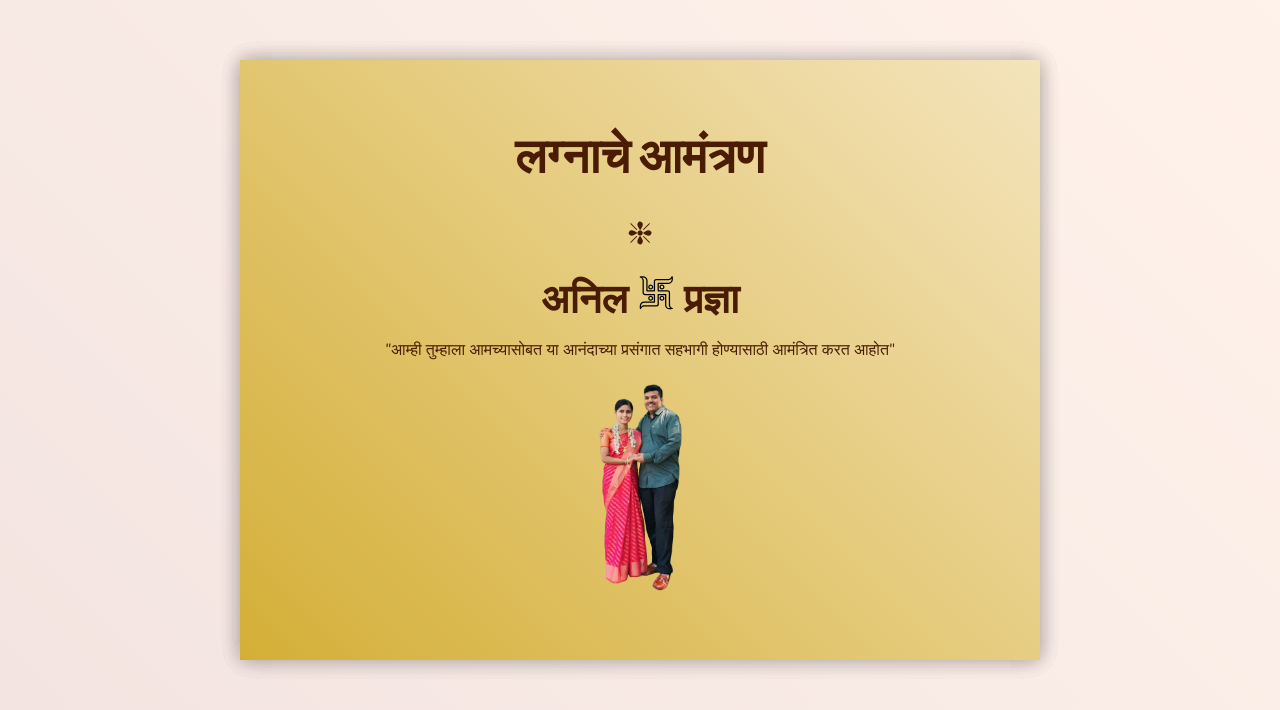
Repository: abhibkop27/finalwedding
Page: index.html
These files come from the project's save history. The page is drawn as it stood at one moment and after the next save; the edit follows.
The browser window is 1280 px wide. The pictures show the whole page.

Above is the page before, as saved 2025-02-18 13:00:52.

After the next save:
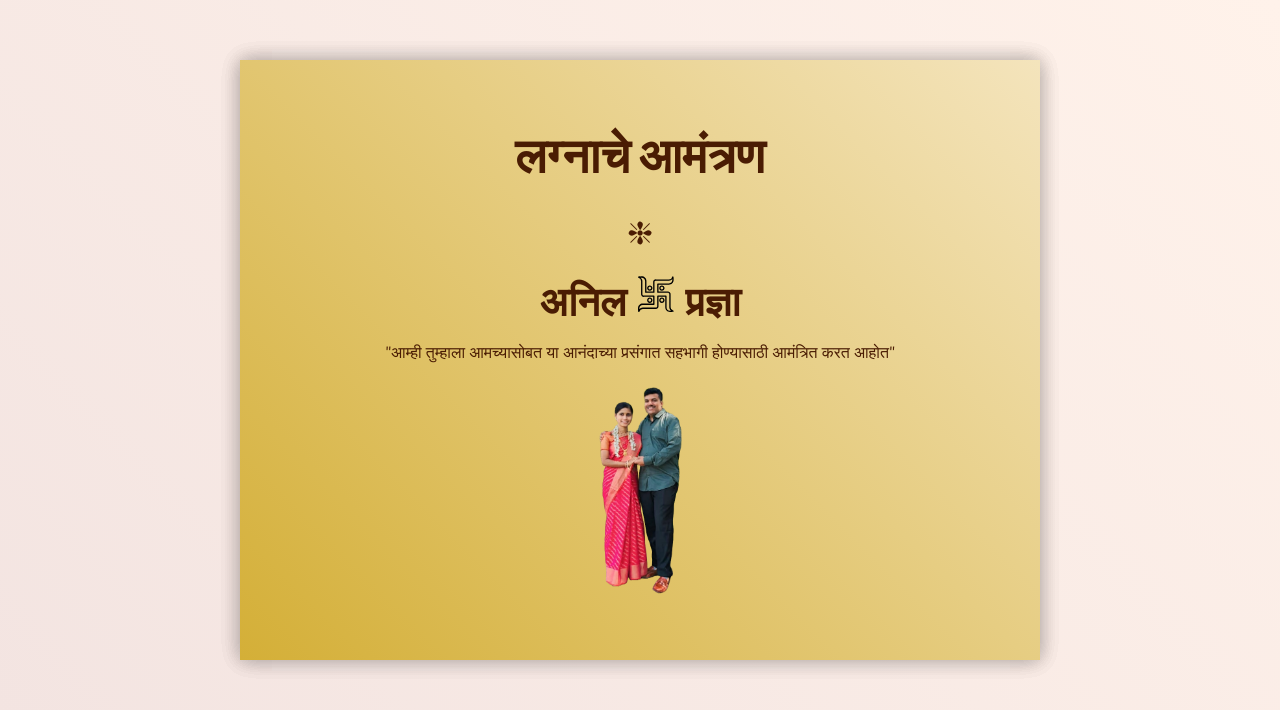
Saved 7 s later.
--- a/index.html
+++ b/index.html
@@ -14,7 +14,7 @@
             <div class="content">
                 <h1>लग्नाचे आमंत्रण</h1>
                 <div class="ornament">❈</div>
-                <h2 class="main-name">अनिल <img class="main-name" src="./asstes/pics/swastik.svg" alt="" style="height: 2.5rem;"> प्रज्ञा </h2>
+                <h2 class="main-name">अनिल <img class="main-name" src="./asstes/pics/swastik.svg" alt="" style="height: 2.7rem;"> प्रज्ञा </h2>
                 <p>"आम्ही तुम्हाला आमच्यासोबत या आनंदाच्या प्रसंगात सहभागी होण्यासाठी आमंत्रित करत आहोत"</p>
                 <img src="./asstes/pics/Adobe Express - file.png" alt="वेडिंग" style="height: 14rem;">
             </div>
